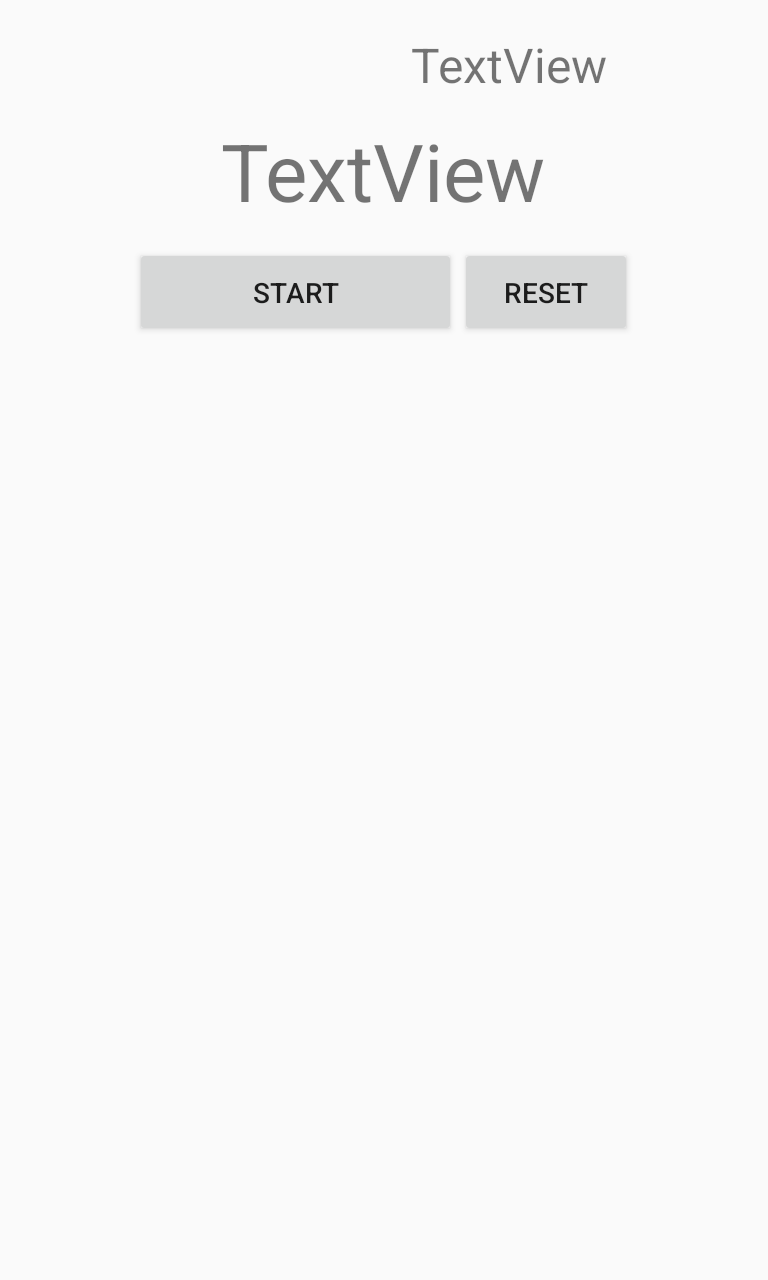
Repository: GitDidNotExitCleanly/AndroidTimer
Layout: StopWatch/res/layout/activity_main.xml
An editor plug-in stored every save of this project. The layout is shown before and after the next save, followed by the edit.
It is drawn on a 768 x 1280 px phone screen (xhdpi) without system bars, with theme AppTheme; the app's code is not run. Lists and similar views that code fills are empty.

Above is the layout before, as saved 2015-03-04 21:53:20.

After the next save:
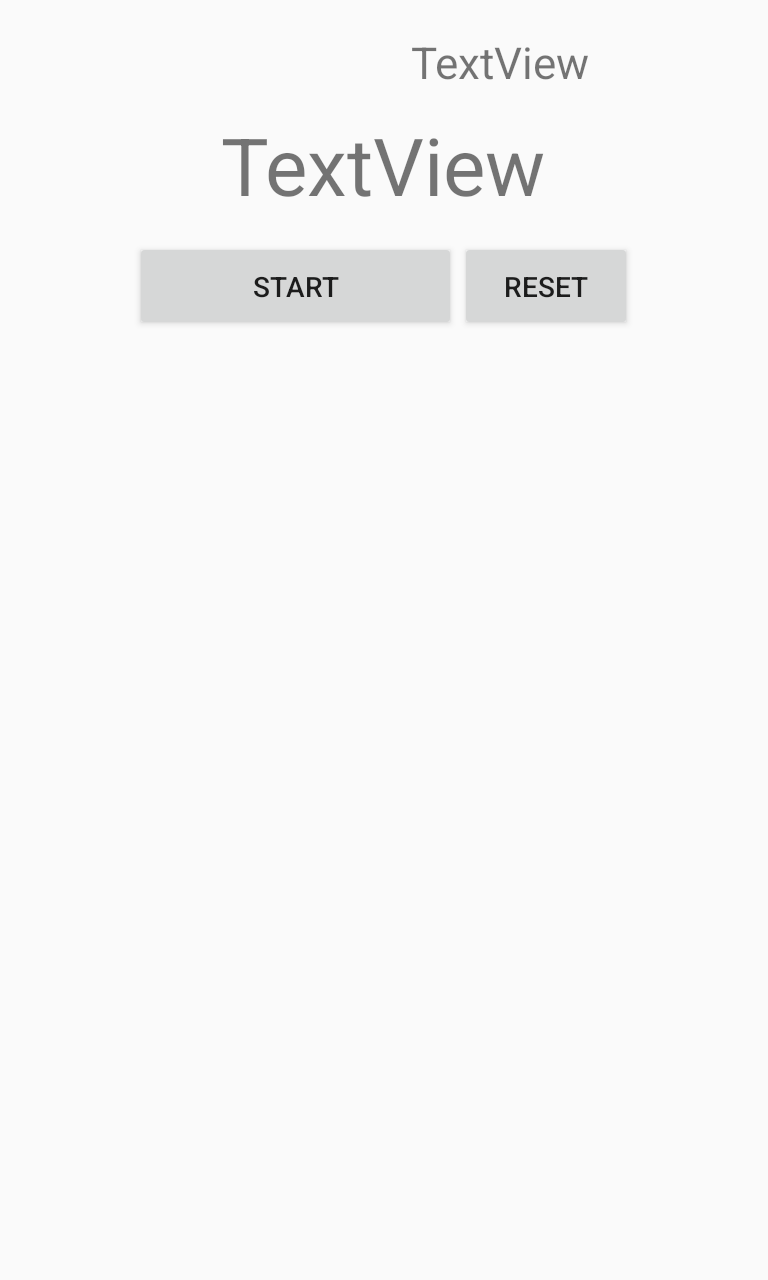
Saved 12 s later.
--- a/StopWatch/res/values/dimens.xml
+++ b/StopWatch/res/values/dimens.xml
@@ -3,7 +3,7 @@
     <!-- Default screen margins, per the Android Design guidelines. -->
     <dimen name="activity_horizontal_margin">16dp</dimen>
     <dimen name="activity_vertical_margin">16dp</dimen>
-    <dimen name="stopwatch_small_time">24sp</dimen>
+    <dimen name="stopwatch_small_time">22sp</dimen>
     <dimen name="stopwatch_large_time">40sp</dimen>
 
 </resources>
